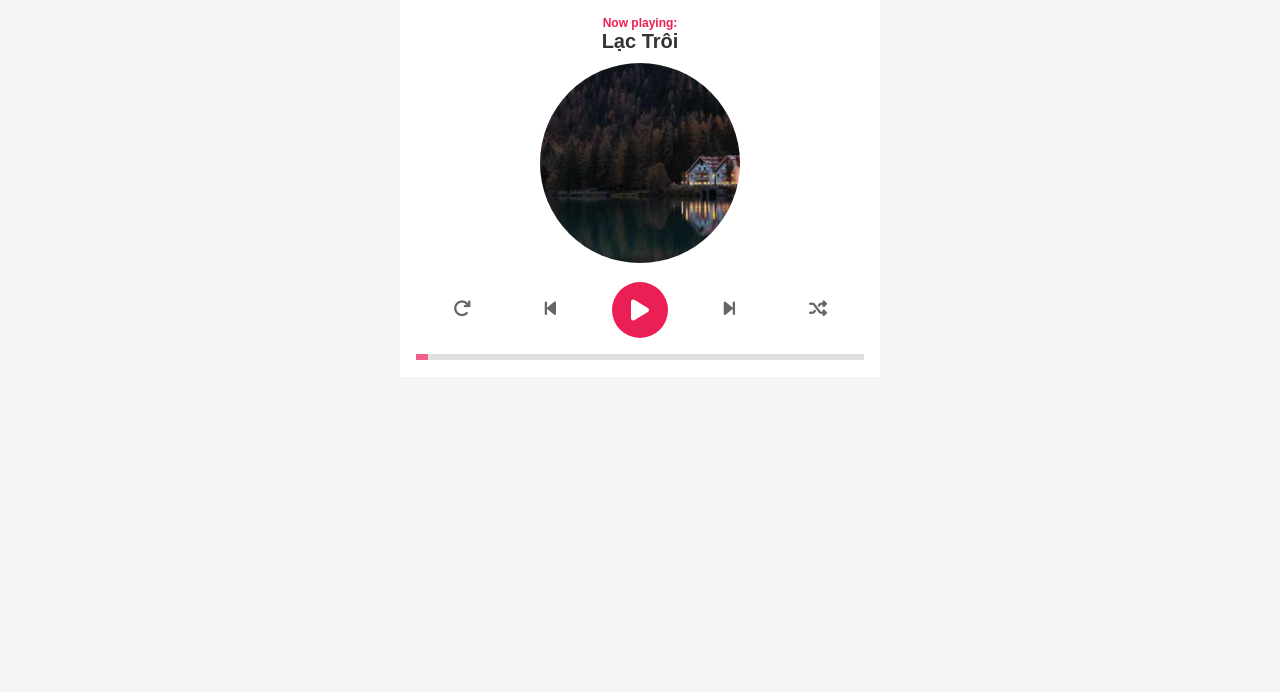
Repository: projectadmim/MyApp
Page: main.html
An editor plug-in stored every save of this project. The page is shown before and after a run of saves, followed by the edit.
The browser window is 1280 px wide. The pictures show the whole page.
Pictures or frames that could not be fetched are drawn as grey boxes.

Above is the page before, as saved 2023-10-16 08:42:55.
Console error: ReferenceError: cr is not defined

### main.html
<!DOCTYPE html>
<html lang="en">
<head>
    <meta charset="UTF-8">
    <meta name="viewport" content="width=device-width, initial-scale=1.0">
    <title>Zing_MP3</title>
    <link rel="stylesheet" href="./assets/css/style.css">
    <link rel="stylesheet" href="./assets/icon/fontawesome-free-6.4.2/css/all.css">
</head>
<body>
  <div class="player">
    <!-- Dashboard -->
    <div class="dashboard">
      <!-- Header -->
      <header>
        <h4>Now playing:</h4>
        <h2>String 57th & 9th</h2>
      </header>

      <!-- CD -->
      <div class="cd">
        <div class="cd-thumb" style="background-image: url('./assets/img/cd/cd.jpg');">

        </div>
      </div>

      <!-- Control -->
      <div class="control">
        <div class="btn btn-repeat">
          <i class="fas fa-redo"></i>
        </div>
        <div class="btn btn-prev">
          <i class="fas fa-step-backward"></i>
        </div>
        <div class="btn btn-toggle-play">
          <i class="fas fa-pause icon-pause"></i>
          <i class="fas fa-play icon-play"></i>
        </div>
        <div class="btn btn-next">
          <i class="fas fa-step-forward"></i>
        </div>
        <div class="btn btn-random">
          <i class="fas fa-random"></i>
        </div>
      </div>

      <input id="progress" class="progress" type="range" value="0" step="1" min="0" max="100">

      <audio id="audio" src=""></audio>
    </div>

    <!-- Playlist -->
    <div class="playlist">
    </div>
  </div>
    <script src="./text.js"></script>
</body>
</html>

### assets/css/style.css
:root {
  --primary-color: #ec1f55;
  --text-color: #333;
}

* {
  padding: 0;
  margin: 0;
  box-sizing: inherit;
}

body {
  background-color: #f5f5f5;
}

html {
  box-sizing: border-box;
  font-family: "Poppins", sans-serif;
}

.player {
  position: relative;
  max-width: 480px;
  margin: 0 auto;
}

.player .icon-pause {
  display: none;
}

.player.playing .icon-pause {
  display: inline-block;
}

.player.playing .icon-play {
  display: none;
}

.dashboard {
  padding: 16px 16px 14px;
  background-color: #fff;
  position: fixed;
  top: 0;
  width: 100%;
  max-width: 480px;
  border-bottom: 1px solid #ebebeb;
}

/* HEADER */
header {
  text-align: center;
  margin-bottom: 10px;
}

header h4 {
  color: var(--primary-color);
  font-size: 12px;
}

header h2 {
  color: var(--text-color);
  font-size: 20px;
}

/* CD */
.cd {
  display: flex;
  margin: auto;
  width: 200px;
}

.cd-thumb {
  width: 100%;
  padding-top: 100%;
  border-radius: 50%;
  background-color: #333;
  background-size: cover;
  margin: auto;
}

/* CONTROL */
.control {
  display: flex;
  align-items: center;
  justify-content: space-around;
  padding: 18px 0 8px 0;
}

.control .btn {
  color: #666;
  padding: 18px;
  font-size: 18px;
}

.control .btn.active {
  color: var(--primary-color);
}

.control .btn-toggle-play {
  width: 56px;
  height: 56px;
  border-radius: 50%;
  font-size: 24px;
  color: #fff;
  display: flex;
  align-items: center;
  justify-content: center;
  background-color: var(--primary-color);
}

.progress {
  width: 100%;
  -webkit-appearance: none;
  height: 6px;
  background: #d3d3d3;
  outline: none;
  opacity: 0.7;
  -webkit-transition: 0.2s;
  transition: opacity 0.2s;
}

.progress::-webkit-slider-thumb {
  -webkit-appearance: none;
  appearance: none;
  width: 12px;
  height: 6px;
  background-color: var(--primary-color);
  cursor: pointer;
}

/* PLAYLIST */
.playlist {
  margin-top: 408px;
  padding: 12px;
}

.song {
  display: flex;
  align-items: center;
  margin-bottom: 12px;
  background-color: #fff;
  padding: 8px 16px;
  border-radius: 5px;
  box-shadow: 0 2px 3px rgba(0, 0, 0, 0.1);
}

.song.active {
  background-color: var(--primary-color);
}

.song:active {
  opacity: 0.8;
}

.song.active .option,
.song.active .author,
.song.active .title {
  color: #fff;
}

.song .thumb {
  width: 44px;
  height: 44px;
  border-radius: 50%;
  background-size: cover;
  margin: 0 8px;
}

.song .body {
  flex: 1;
  padding: 0 16px;
}

.song .title {
  font-size: 18px;
  color: var(--text-color);
}

.song .author {
  font-size: 12px;
  color: #999;
}

.song .option {
  padding: 16px 8px;
  color: #999;
  font-size: 18px;
}

### text.js
//các bước làm ra zingmp3

/**
 * 1.Render songs
 * 2.Scroll top
 * 3.play/pause/seek
 */
const $=document.querySelector.bind(document);
const $$=document.querySelectorAll.bind(document);
const playlist=$(".playlist");
const heading=$('header h2');
const cdthumb=$('.cd-thumb');
const audio=$('#audio');
const cd=$('.cd')
const playbtn=$('.btn-toggle-play')
const player=$('.player')
const progress=$('#progress')
const btn_next=$('.btn-next')
const btn_prev=$('.btn-prev')
const btn_random=$('.btn-random')
const btn_repeat=$('.btn-repeat')
const app={
  currenindex:0,
  isplaying:false,
  isRamdom:false,
  isRepeat:false,
     songs :[
        {
            name:"Lạc Trôi",
            singger:"Sơn Tùng MP3",
            path:"./assets/music/song2.mp3",
            image:'./assets/img/backimg.jpg'
        },
        {
            name:"Lạc Trôi",
            singger:"Sơn Tùng MP3",
            path:"./assets/music/song1-Anh.mp3",
            image:'./assets/img/cd/cd.jpg'
        }
        ,
        {
            name:"Lạc Trôi",
            singger:"Sơn Tùng MP3",
            path:"./assets/music/song1-Anh.mp3",
            image:'./assets/img/icon'
        }
     ],
     //render song
     render:function(){
        const htmls=this.songs.map(function(song,index){
            return `
            <div class="song ${this.index==cr}">
              <div class="thumb" style="background-image: url('${song.image}')">
              </div>
              <div class="body">
                <h3 class="title">${song.name}</h3>
                <p class="author">${song.singger}</p>
              </div>
              <div class="option">
                <i class="fas fa-ellipsis-h"></i>
              </div>
            </div>
            `
        })
        // $('.playlist').innerHTML=htmls.join('');
        playlist.innerHTML=htmls.join('');
     },
     defineProperty:function(){
      Object.defineProperty(this,'crrentSongs',{
        get:function(){
          return this.songs[this.currenindex]
        }
      })
     },

     //xử lí sự kiện trong app zing
     handleEvent:function(){
      //xử lý sự kiện quay
      const cdanimate=cdthumb.animate([
        {
          transform:'rotate(360deg)'
        }
      ]
      ,{
        duration:10000,
        iterations:Infinity
      })
      cdanimate.pause()
      const _this=this
      //scroll phong to thu nho
      const cdWidth = cd.offsetWidth;
      document.onscroll = function () {
        const scrollTop = window.scrollY || document.documentElement.scrollTop;
        const newCdWidth = cdWidth - scrollTop;
        cd.style.width = newCdWidth > 0 ? newCdWidth + "px" : 0;
        cd.style.opacity = newCdWidth / cdWidth;
        //xử lý sự kiện click play

     }
     playbtn.onclick=function(){
      if(_this.isplaying){
        audio.pause();

      }else{
        audio.play();
      }
    }
    //Xử lý khi tiến độ bài hát thay đổ
    audio.ontimeupdate=()=>{
      if(audio.duration){
        const progressPrecet=Math.floor(audio.currentTime/audio.duration*100)
        progress.value=progressPrecet
      }
    }
    //Xử lý sự kiện tua song
    progress.onchange=(e)=>{
      const seektime=audio.duration/100*e.target.value
      audio.currentTime=seektime
    }

    //xử lý sự kiện play
    audio.onplay=function(){
        _this.isplaying=true
        player.classList.add('playing')
        cdanimate.play()
      }
      //xu ly su kien pause
    audio.onpause=function(){
        _this.isplaying=false
        player.classList.remove('playing')
        cdanimate.pause();
      }
      //xu ly next songs
      btn_next.onclick=function(){
        if(_this.isRamdom){
          _this.ramdomSong()
        }else{
          _this.nextSong();
        }
        audio.play();
      }
      btn_prev.onclick=function(){
        if(_this.isRamdom){
          _this.ramdomSong()
        }else{
          _this.prverSong();
        }
        audio.play()
      }
      //ramdom bai hat
      btn_random.onclick=(e)=>{
        _this.isRamdom=! _this.isRamdom
          btn_random.classList.toggle('active', _this.isRamdom)
      }
      //xu ly next
      btn_repeat.onclick=(e)=>{
        _this.isRepeat = !_this.isRepeat;
        btn_repeat.classList.toggle('active', _this.isRepeat);
      }
      //xu ly next onended
      audio.onended=(e)=>{
        if(this.isRepeat){
          audio.play();
        }else{

          btn_next.click();
        }
      }
    },
     loadcrrentSongs:function(){
      heading.textContent=this.crrentSongs.name;
      cdthumb.style.backgroundImage=`url('${this.crrentSongs.image}')`
      audio.src=this.crrentSongs.path;
      // console.log(heading,cdthumb,audio);
     },
     //next song
     nextSong:function(){
        this.currenindex++;
        if(this.currenindex>=this.songs.length){
          this.currenindex=0;
        }
        this.loadcrrentSongs();
     },
     prverSong:function(){
      this.currenindex--;
      if(this.currenindex<0){
        this.currenindex=this.songs.length-1;
      }
      this.loadcrrentSongs();
   },
   ramdomSong:function(){
      let ramdomsong
      do {
        ramdomsong=Math.floor(Math.random()*this.songs.length)
      } while (ramdomsong===this.songs.length);
      this.currenindex=ramdomsong;
      this.loadcrrentSongs();
   },
     stars:function(){
      //định nghĩa  các thuộc tihs trong oject
      this.defineProperty()
      //dom event
      this.handleEvent();
      //load bai dau tien
      this.loadcrrentSongs()
      //render playlist
        this.render();
     }
}
app.stars();

Loaded but not shown: assets/icon/fontawesome-free-6.4.2/css/all.css (library)

After the next 6 saves:
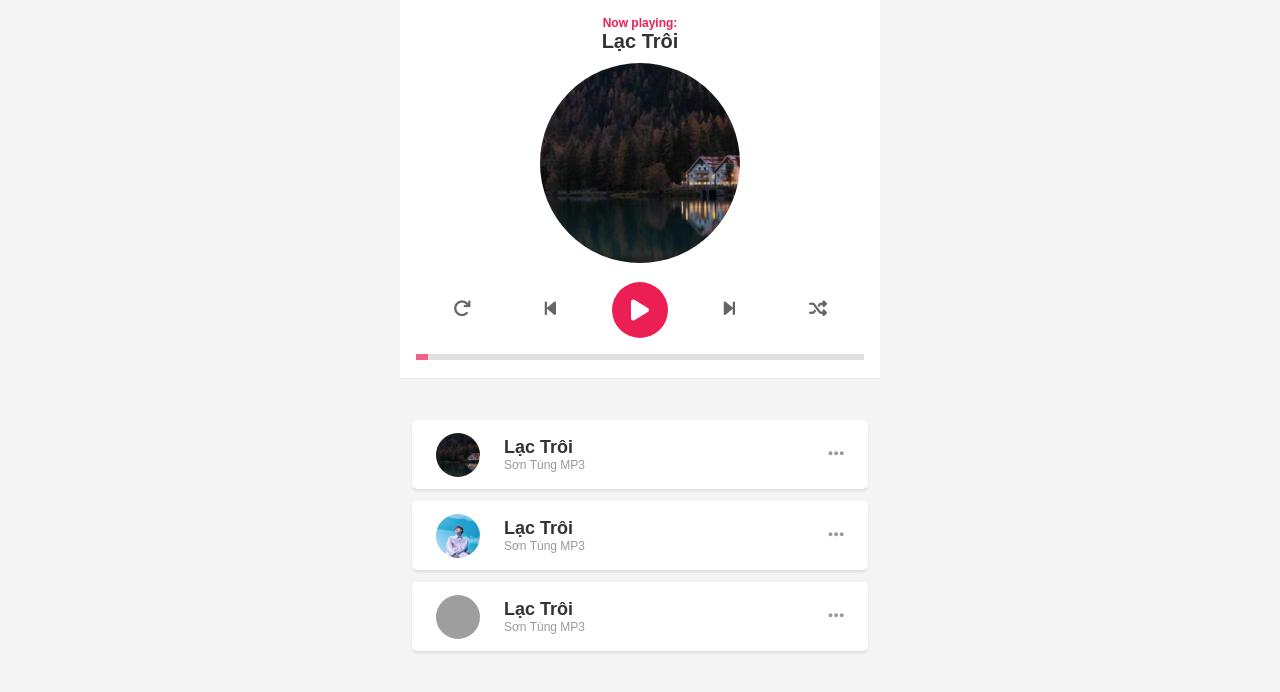
The error is gone.
The 6 saves are shown as one change because they came seconds apart.
The last was saved 14 s later.
--- a/text.js
+++ b/text.js
@@ -49,7 +49,7 @@ const app={
      render:function(){
         const htmls=this.songs.map(function(song,index){
             return `
-            <div class="song ${this.index==cr}">
+            <div class="song ${this.index==this.currenindex}">
               <div class="thumb" style="background-image: url('${song.image}')">
               </div>
               <div class="body">
